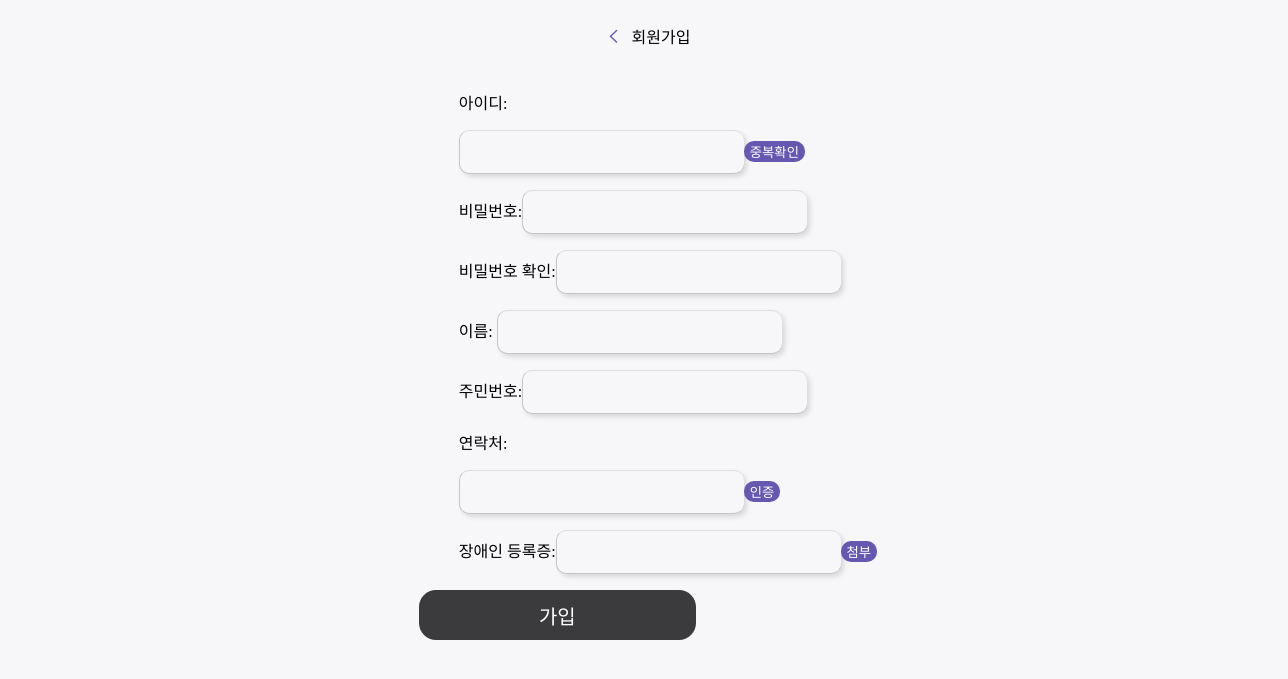
Repository: PEPI-dev/UI
Page: regist/regist.html
These files come from the project's save history. The page is drawn as it stood at one moment and after a run of saves; the edit follows.
The browser window is 1280 px wide. The page is 1288 px wide, so the pictures cover 1288 px, including what lies to the right of the window. The pictures show the whole page.
Some web fonts or font styles are not loaded; a fallback is used.

Above is the page before, as saved 2023-12-04 18:02:53.

After the next 2 saves:
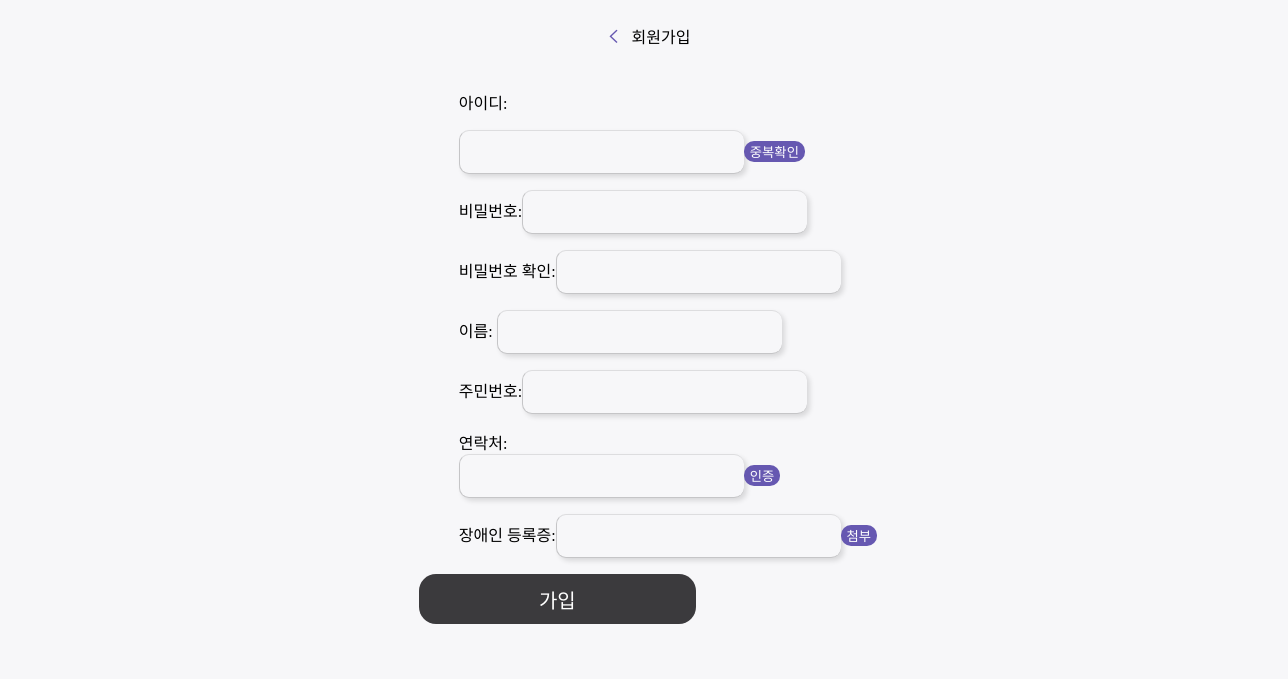
The 2 saves are shown as one change because they came seconds apart.
The last was saved 6 s later.
--- a/regist/regist.html
+++ b/regist/regist.html
@@ -24,8 +24,8 @@
 
         <p class="input_form"><label for="rrn" class="txt_input">주민번호:</label><input class="field" id="rrn" type="text"></input></p>
 
-        <p class="input_form"><label for="tel" class="txt_input">연락처:</label>
-            <div class="form1"></div><input class="field" id="tel" type="text"><button class="btn_inside" id="phone_check">인증</button></input></p>
+        <div class="input_form"><label for="tel" class="txt_input">연락처:</label>
+            <div class="form1"></div><input class="field" id="tel" type="text"><button class="btn_inside" id="phone_check">인증</button></input> </div></p>
 
         <p class="input_form"><label for="disability_card" class="txt_input">장애인 등록증:</label><input class="field" id="disability_card" type="text"><button class="btn_inside" id="card_check">첨부</button></input></p>
 
